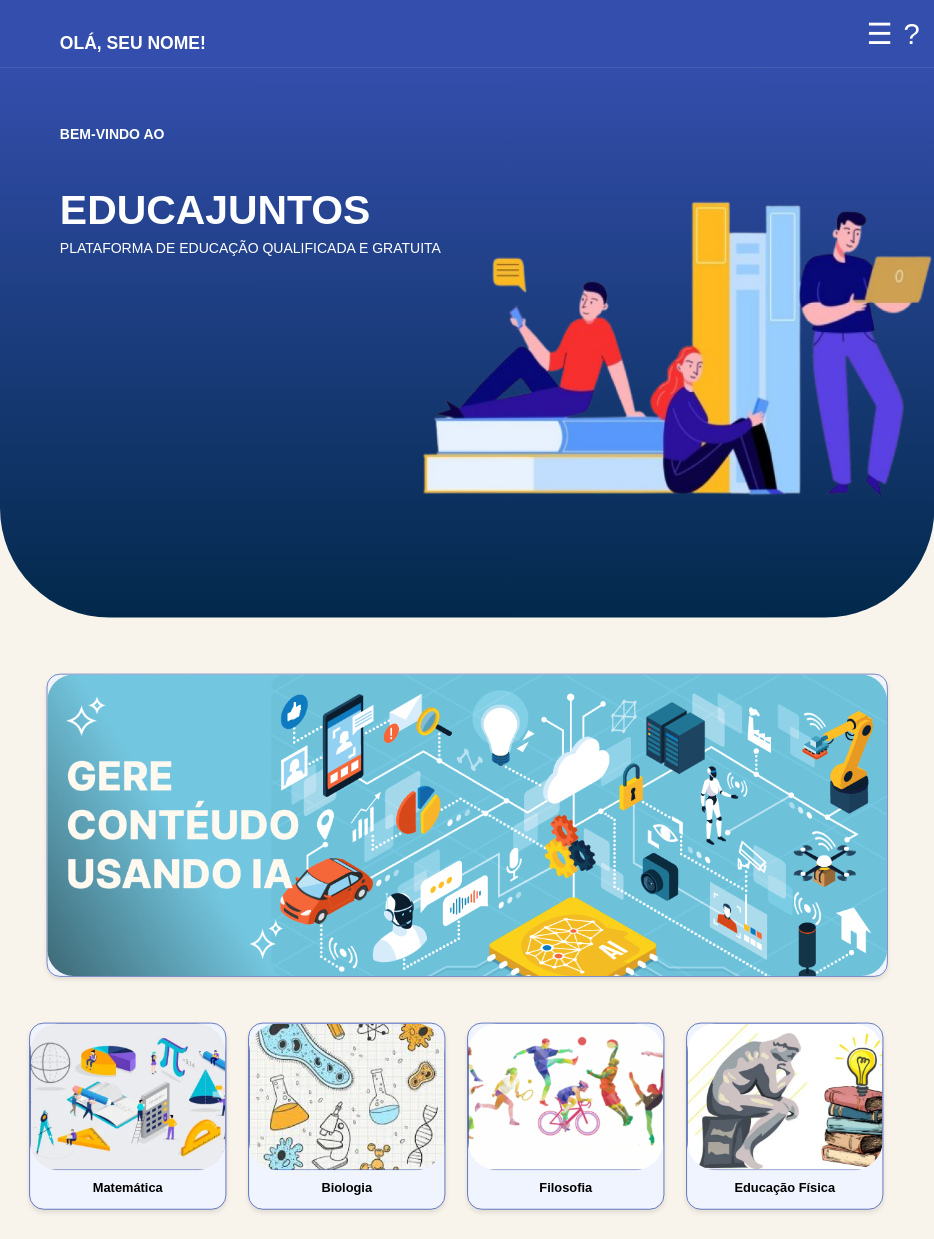
Repository: Matheus904-12/EDUCAJUNTOS
Page: inicio/index.html
An editor plug-in stored every save of this project. The page is shown before and after the next save, followed by the edit.
The browser window is 1280 px wide. The pictures show the whole page, at 73% of full size.

Above is the page before, as saved 2024-10-28 19:53:14.

### inicio/index.html
<!DOCTYPE html>
<html lang="pt-BR">

<head>
    <meta charset="UTF-8">
    <meta name="viewport" content="width=device-width, initial-scale=1.0">
    <title>Educajuntos</title>
    <link rel="stylesheet" href="style.css">
</head>

<body>
    <header>
        <h1>OLÁ, SEU NOME!</h1>
        <nav>
            <button class="menu-btn">&#9776;</button>
            <button class="help-btn">?</button>
        </nav>
    </header>

    <section class="hero">
        <h2>BEM-VINDO AO</h2>
        <h3>EDUCAJUNTOS</h3>
        <p>PLATAFORMA DE EDUCAÇÃO QUALIFICADA E GRATUITA</p>
        <div class="hero-image">
            <img src="../image/1.png" alt="Imagem ilustrativa de pessoas estudando">
        </div>
    </section>

    <br>
    <br>
    <br>

    <main>

        <div class="category-card large">
            <img src="../image/7.png" alt="IA">
        </div>

        <section class="categories">
            <div class="category-card">
                <img src="../image/2.png" alt="Matemática">
                <p>Matemática</p>
                <br>
            </div>
            <div class="category-card">
                <img src="../image/3.png" alt="Biologia">
                <p>Biologia</p>
                <br>
            </div>
            <div class="category-card">
                <img src="../image/6.png" alt="Filosofia">
                <p>Filosofia</p>
                <br>
            </div>
            <div class="category-card">
                <img src="../image/5.png" alt="Educação Física">
                <p>Educação Física</p>
                <br>
            </div>
        </section>
    </main>

    <script src="script.js"></script>
</body>

</html>

### inicio/style.css
* {
    margin: 0;
    padding: 0;
    box-sizing: border-box;
    font-family: Arial, sans-serif;
}

body {
    background-color: #F8F4EB;
    color: #333;
}

header {
    background-color: #334EAC;
    color: #fff;
    padding: 20px;
    display: flex;
    justify-content: space-between;
    align-items: center;
}

header h1 {
    font-size: 1.5em;
    margin-left: 5%;
    margin-top: 2%;
}

nav {
    display: flex;
    gap: 15px;
}

.menu-btn,
.help-btn {
    background: none;
    border: none;
    color: #fff;
    font-size: 2.5em;
    cursor: pointer;
}

/* Hero Section with Rounded Bottom Borders and Centered Image */
.hero {
    background: linear-gradient( #334EAC, #02294b);
    color: #fff;
    padding: 80px 20px;
    border-bottom-left-radius: 150px;
    border-bottom-right-radius: 150px;
    position: relative;
    display: flex;
    flex-direction: column;
    align-items: flex-start;
    overflow: hidden;

}

.hero h2 {
    font-size: 1.2em;
    margin-bottom: 60px;
    font-weight: bold;
    margin-left: 5%;
}

.hero h3 {
    font-size: 3.5em;
    margin-bottom: 10px;
    font-weight: bold;
    margin-left: 5%;
}

.hero p {
    font-size: 1.2em;
    margin-bottom: 20px;
    margin-left: 5%;
}

.hero-image {
    display: flex;
    margin-left: 40%;
    width: 802px;
    height: 580px;
    margin-top: -15%;
}

.hero-image img {
    width: 100%;
    height: auto;
    border-radius: 0 0 150px 150px;
}

/* Categories Section */
.categories {
    display: grid;
    grid-template-columns: repeat(4, 1fr);
    gap: 0px;
    padding: 40px;
}

.category-card {
    background-color: #F0F4FF; /* Cor de fundo suave */
    border: 1px solid #334EAC; /* Contorno azul */
    border-radius: 20px;
    text-align: center;
    box-shadow: 0px 4px 8px rgba(0, 0, 0, 0.1);
    width: 90%;
    height: 100%;

}

.category-card img {
    width: 100%;
    border-radius: 40px;
    margin-top: 0px;
}

.category-card p {
    margin-top: 10px;
    font-size: 1.1em;
    font-weight: bold;
    color: #000000;
}

/* Ajuste do card para o modo grande */
.category-card.large {
    grid-column: span 2;
    display: flex;
    justify-content: center;
    align-items: center;
    font-size: 1.5em;
    font-weight: bold;
    width: 100%;
    transform: scale(90%);
    border
}

### inicio/script.js
document.addEventListener('DOMContentLoaded', () => {
    const menuButton = document.querySelector('.menu-btn');
    const dropdownMenu = document.querySelector('.dropdown-menu');

    menuButton.addEventListener('click', () => {
        dropdownMenu.style.display = dropdownMenu.style.display === 'block' ? 'none' : 'block';
    });

    // Fecha o menu dropdown ao clicar fora dele
    document.addEventListener('click', (event) => {
        if (!menuButton.contains(event.target) && !dropdownMenu.contains(event.target)) {
            dropdownMenu.style.display = 'none';
        }
    });
});

After the next save:
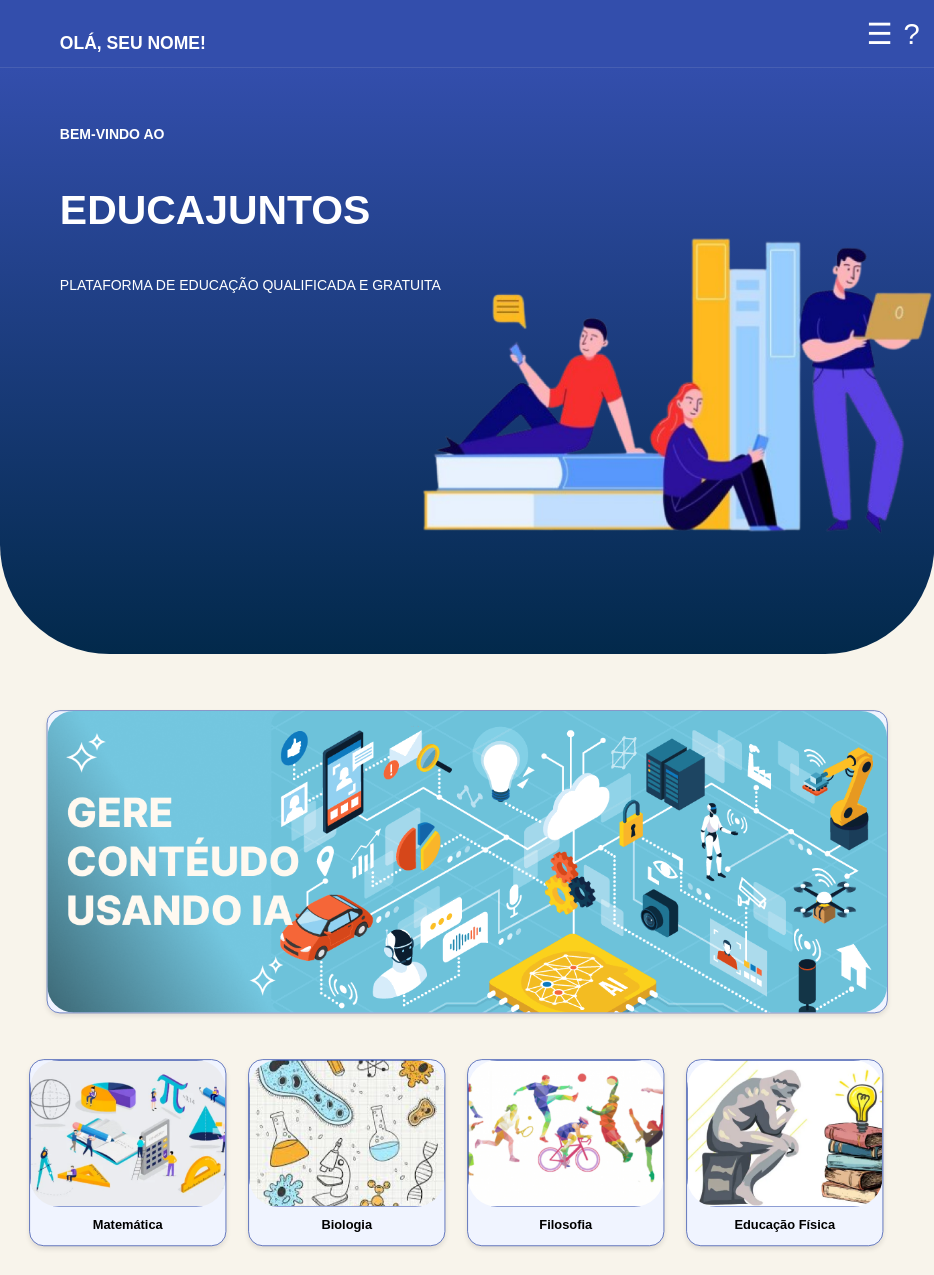
Saved 25 s later.
--- a/inicio/style.css
+++ b/inicio/style.css
@@ -63,7 +63,7 @@ nav {
 
 .hero h3 {
     font-size: 3.5em;
-    margin-bottom: 10px;
+    margin-bottom: 60px;
     font-weight: bold;
     margin-left: 5%;
 }
